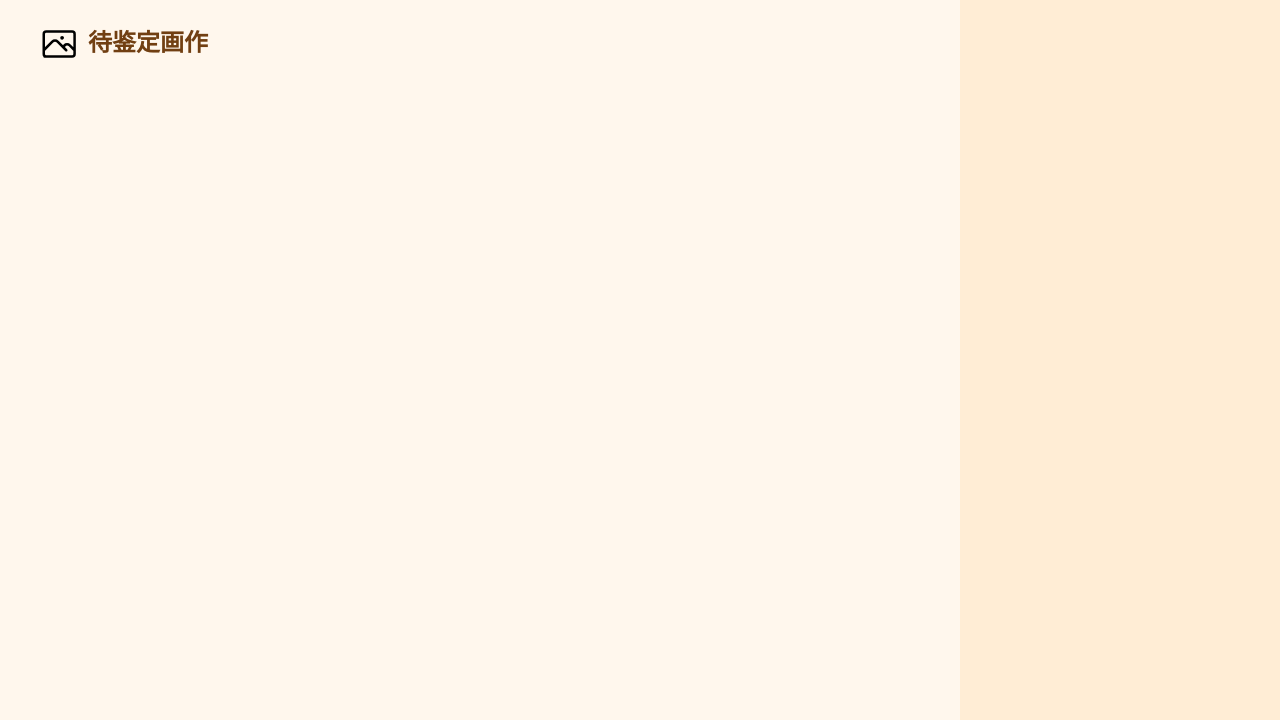
Repository: gaosth/Eyesee
Page: /dtail
The author's editor kept a copy of each file at every save. The page is drawn from the files as they stood at one save, then again after a run of saves.
The browser window is 1280 px wide. The pictures show the whole page.
The project was rebuilt for these pictures with package versions that can differ from the ones it lists, and the page was loaded fresh each time. Also part of the build but not shown: vite.config.js, src/components/WelcomeItem.vue, src/components/icons/IconDocumentation.vue, src/components/icons/IconTooling.vue, src/components/icons/IconEcosystem.vue, src/components/icons/IconCommunity.vue, src/components/icons/IconSupport.vue, src/components/TheWelcome.vue and 5 more.

Above is the page before, as saved 2024-03-15 11:52:48.

### src/main.js
import './assets/main.css'

import { createApp } from 'vue'
import { createPinia } from 'pinia'

import App from './App.vue'
import router from './router'
import axios from 'axios'

axios.defaults.baseURL = 'http://127.0.0.1:8000'

const app = createApp(App)

app.use(createPinia())
// app.use(router)
app.use(router,axios)

app.mount('#app')

### src/App.vue
<template>
  <main>
    <RouterView />
  </main>
</template>

### src/router/index.js
import { createRouter, createWebHistory } from 'vue-router'
import HomeView from '../views/HomeView.vue'
import Agent from '../views/Agent.vue'
import Heatmap from '../components/Heatmap.vue'
import Test from '../views/reference.vue'
import DetailView from '../views/DetailView.vue'

const router = createRouter({
  history: createWebHistory(import.meta.env.BASE_URL),
  routes: [
    {
      path: '/',
      name: 'home',
      component: Agent
    },
    {
      path: '/about',
      name: 'about',
      // route level code-splitting
      // this generates a separate chunk (About.[hash].js) for this route
      // which is lazy-loaded when the route is visited.
      component: () => import('../views/AboutView.vue')
    },
    {
      path: '/Agent',
      name: 'Agent',
      component: Agent
    },
    {
      path: '/Heatmap',
      name: 'Heatmap',
      component: Heatmap
    },
    {
      path: '/test',
      name: 'test',
      component: Test
    },
    {
      path: '/dtail',
      name: 'detail',
      component: DetailView
    },
  ]
})

export default router

### src/views/DetailView.vue
<template>
    <div class="flex flex-row min-h-screen">
        <div class="w-3/4 bg-orange-50">
            <div class = "flex ml-10 mt-6 justify-start">
                <div>
                    <svg xmlns="http://www.w3.org/2000/svg" fill="none" viewBox="0 0 24 24" stroke-width="1.5" stroke="currentColor" class="w-10 h-10">
                    <path stroke-linecap="round" stroke-linejoin="round" d="m2.25 15.75 5.159-5.159a2.25 2.25 0 0 1 3.182 0l5.159 5.159m-1.5-1.5 .409-1.409a2.25 2.25 0 0 1 3.182 0l2.909 2.909m-18 3.75h16.5a1.5 1.5 0 0 0 1.5-1.5V6a1.5 1.5 0 0 0-1.5-1.5H3.75A1.5 1.5 0 0 0 2.25 6v12a1.5 1.5 0 0 0 1.5 1.5Zm10.5-11.25h.008v.008h-.008V8.25Zm.375 0a.375.375 0 1 1-.75 0 .375.375 0 0 1 .75 0Z" />
                </svg>
                </div>
                <div class="mt-0.5 text-2xl ml-2 font-bold text-yellow-900">
                    待鉴定画作
                </div>
            </div>
            <div class = "ml-10 mt-6">
                <div class = "h-100 w-100 bg-white">

                </div>
            </div>
        </div>
        <div class="w-1/4 bg-orange-100"></div>
    </div>
</template>

Loaded but not shown: index.html (common file); src/assets/main.css (common file); tailwind.config.js (common file)

After the next 4 saves:
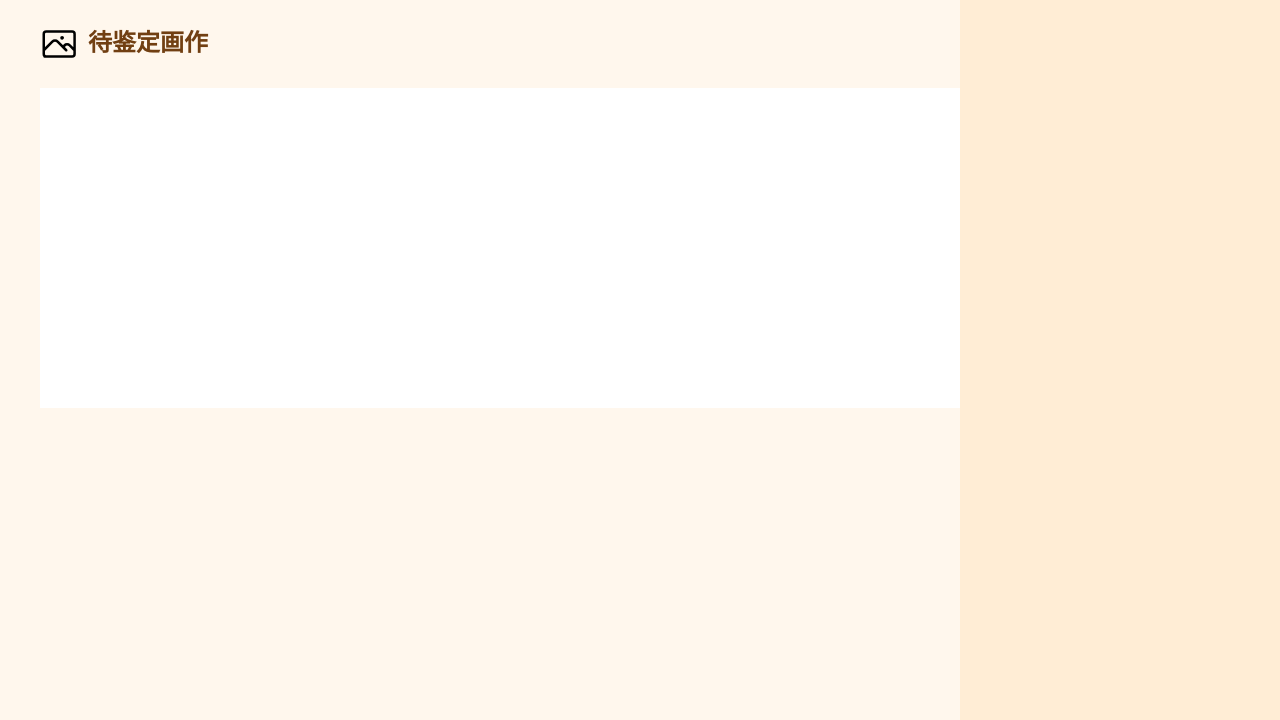
The 4 saves are shown as one change because they came seconds apart.
The last was saved 13 s later.
--- a/src/views/DetailView.vue
+++ b/src/views/DetailView.vue
@@ -12,7 +12,7 @@
                 </div>
             </div>
             <div class = "ml-10 mt-6">
-                <div class = "h-100 w-100 bg-white">
+                <div class = "h-80 w-100 bg-white">
 
                 </div>
             </div>
